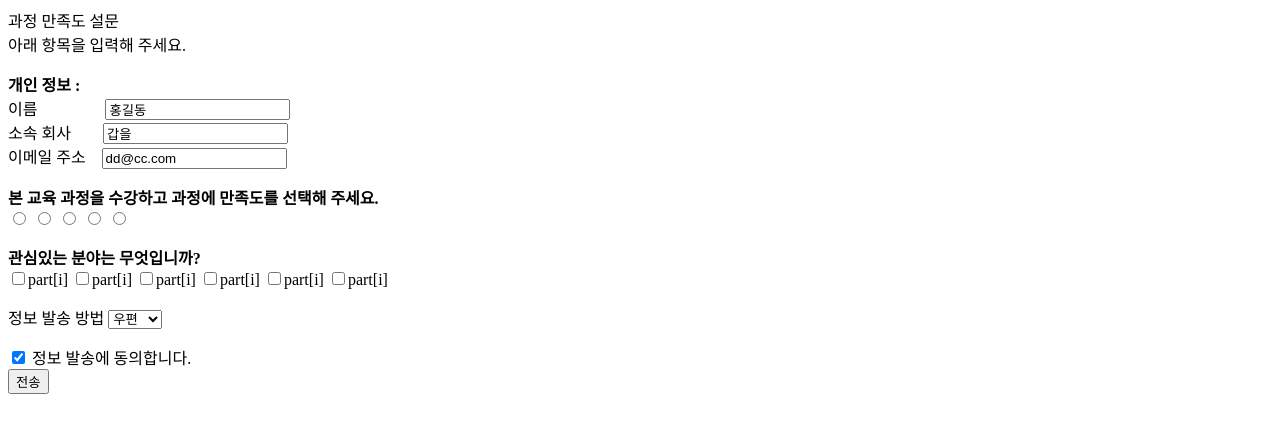
Repository: uj06134/Metabuild_JSP
Page: http://localhost/12_DB_Survey/insertForm.jsp
The author's editor kept a copy of each file at every save. The page is drawn from the files as they stood at one save, then again after the next save.
The browser window is 1280 px wide. The pictures show the whole page.
The page is served by Tomcat 9.

Above is the page before, as saved 2025-09-18 01:02:46.

After the next save:
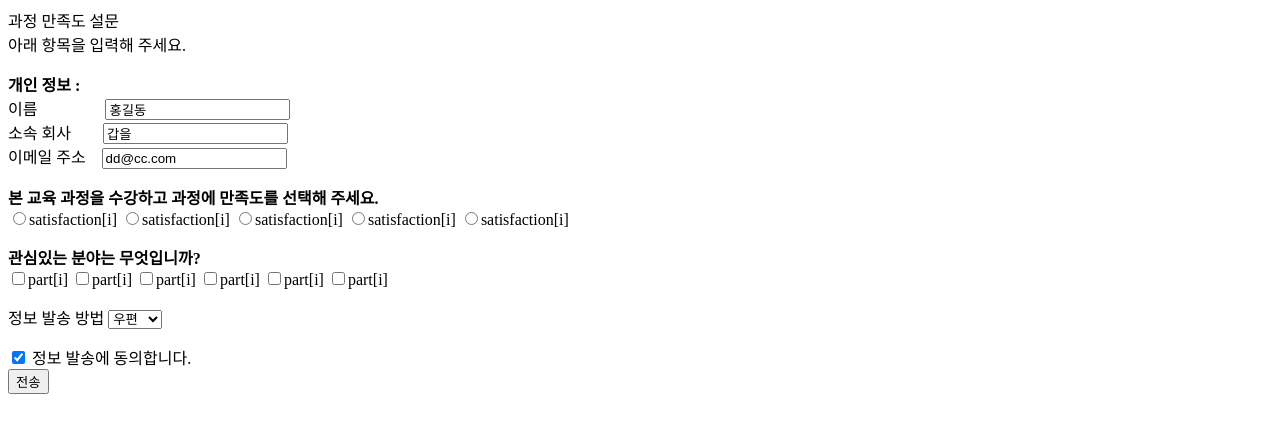
Saved 16 s later.
--- a/12_DB_Survey/src/main/webapp/insertForm.jsp
+++ b/12_DB_Survey/src/main/webapp/insertForm.jsp
@@ -24,7 +24,7 @@
 <%
     for (int i = 0; i < satisfaction.length; i++) {
 %>
-		<input type="radio" name = "satisfaction" value="<%= satisfaction[i] %>">
+		<input type="radio" name = "satisfaction" value="<%= satisfaction[i] %>">satisfaction[i]
 <%
     }
 %>
